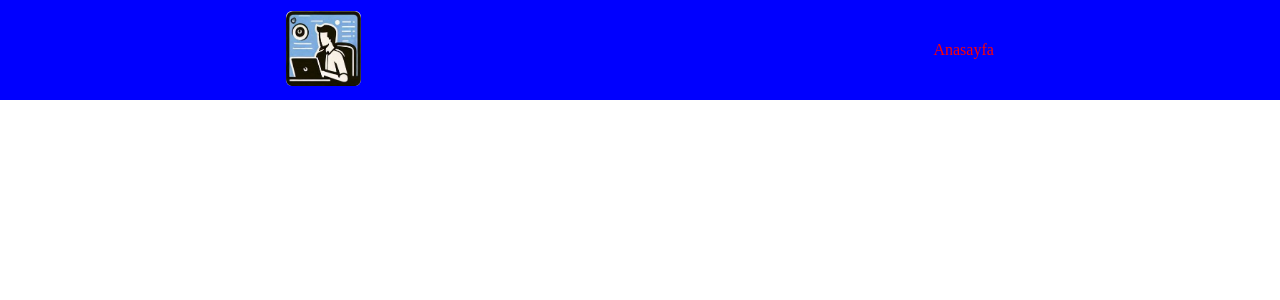
Repository: 0hasandemirtas/react-odev
Page: /
The author's editor kept a copy of each file at every save. The page is drawn from the files as they stood at one save, then again after the next save.
The browser window is 1280 px wide. The pictures show the whole page.
The project was rebuilt for these pictures with package versions that can differ from the ones it lists, and the page was loaded fresh each time.

Above is the page before, as saved 2024-06-13 13:13:07.

### src/index.css
body {
  margin: 0;

}

### src/App.js

import './App.css';
import Header from "./components/header";

function App() {
  return (
    <div className="App">

     <Header/>
    </div>
  );
}

export default App;

### src/App.css
.App {
  text-align: center;
}
.App-header {
  background-color: #282c34;
  min-height: 100vh;
  display: flex;
  flex-direction: column;
  align-items: center;
  justify-content: center;
  color: white;
}

.App-link {
  color: #61dafb;
}

### src/components/header/index.js
import React from 'react';
import logo2 from './logo2.png';
import useStyles from './stylesheet';

const Header = ()=>{
  const classes = useStyles();
  return (
    <div className={classes.container}>
      <div>
          <img  className={classes.logo} src={logo2} alt="Logo"/>
      </div>
      <div><a>Anasayfa</a></div>

    </div>
  )
}

export default Header

### src/components/header/stylesheet.js
import {
    createUseStyles
} from "react-jss";

const useStyles = createUseStyles({
    container:{
        display:"flex",
        width:"100%",
        height:"100px",
        backgroundColor:"blue",
        color:"red",
        alignItems:"center",
        justifyContent:"space-around"
    },
    contentContainer:{
        display:"flex",
        justifyContent:"space-between",
        width:"100%"
    },
    logo:{
        width:"75px",
        height:"75px",
        borderRadius:"6px"
    }
},
{
    name: "header-component"
});

export default useStyles;

Loaded but not shown: public/index.html (common file); src/index.js (common file)

After the next save:
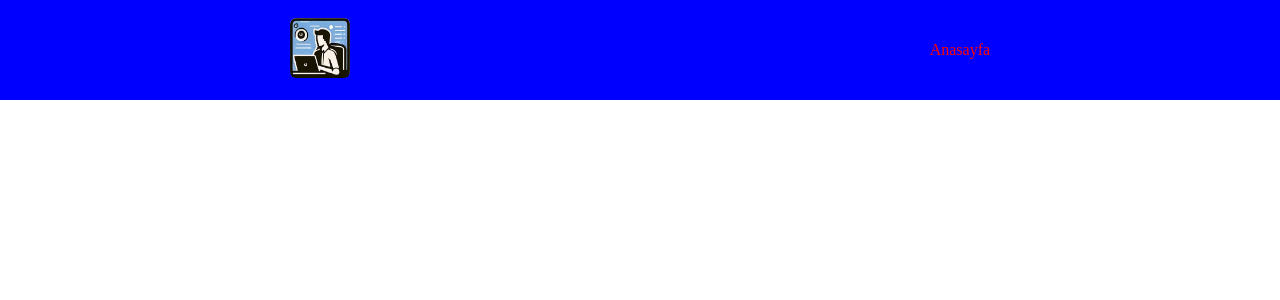
Saved 5 s later.
--- a/src/components/header/stylesheet.js
+++ b/src/components/header/stylesheet.js
@@ -18,8 +18,8 @@ const useStyles = createUseStyles({
         width:"100%"
     },
     logo:{
-        width:"75px",
-        height:"75px",
+        width:"60px",
+        height:"60px",
         borderRadius:"6px"
     }
 },
